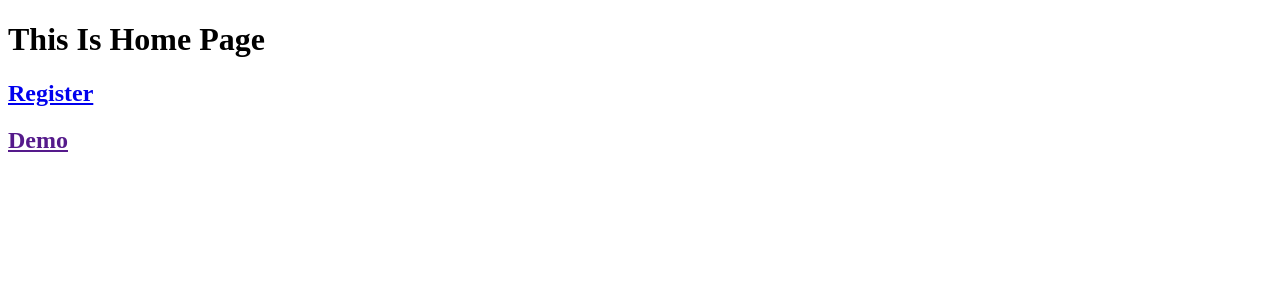
Repository: Pradeep4802/utopiatech
Page: eclipse-workspace/DevelearnUSerManagement/src/main/webapp/index.html
These files come from the project's save history. The page is drawn as it stood at one moment and after the next save; the edit follows.
The browser window is 1280 px wide. The pictures show the whole page.

Above is the page before, as saved 2023-10-10 08:43:20.

After the next save:
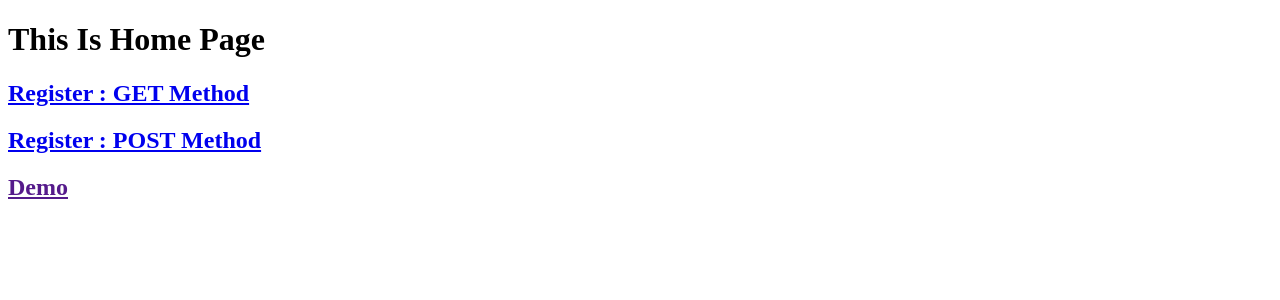
Saved 35 s later.
--- a/eclipse-workspace/DevelearnUSerManagement/src/main/webapp/index.html
+++ b/eclipse-workspace/DevelearnUSerManagement/src/main/webapp/index.html
@@ -7,7 +7,8 @@
 <body>
 
 	<h1> This Is Home Page</h1>
-	<h2><a href="register.html">Register</a></h2>
+	<h2><a href="register.html">Register : GET Method</a></h2>
+	<h2><a href="register1.html">Register : POST Method</a></h2>
 	<h2><a href="">Demo</a></h2>
 
 </body>
